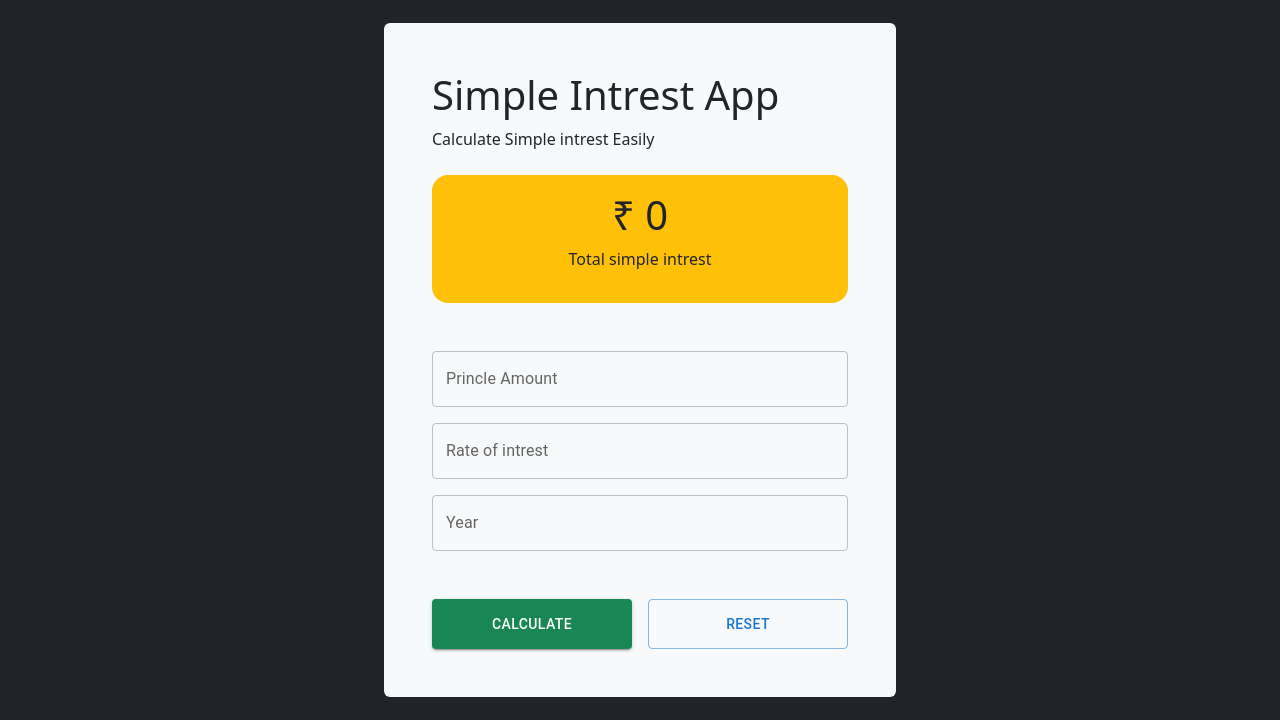
Repository: Afraz13/simple-intrest
Page: /
The author's editor kept a copy of each file at every save. The page is drawn from the files as they stood at one save, then again after the next save.
The browser window is 1280 px wide. The pictures show the whole page.
The project was rebuilt for these pictures with package versions that can differ from the ones it lists, and the page was loaded fresh each time. Also part of the build but not shown: src/index.css, src/App.css.

Above is the page before, as saved 2024-07-16 10:59:03.

After the next save:
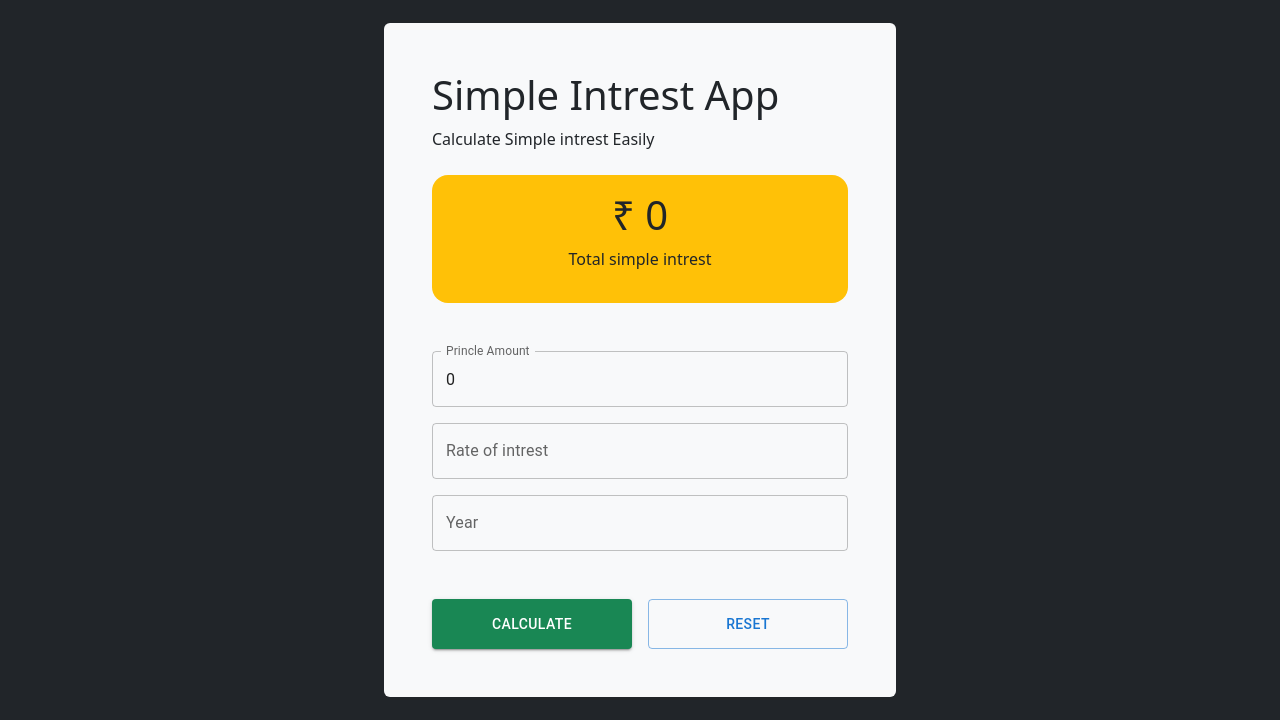
Saved 13 s later.
--- a/src/App.js
+++ b/src/App.js
@@ -25,10 +25,10 @@ function App() {
     </div>
     <form action="" className='mt-5'>
      <div className='mb-3'>
-     <TextField valu className='w-100' id="outlined-basic" label="Princle Amount" variant="outlined" />
+     <TextField value={principle} className='w-100' id="outlined-basic" label="Princle Amount" variant="outlined" />
      </div>
      <div className='mb-3'>
-     <TextField className='w-100' id="outlined-basic" label="Rate of intrest" variant="outlined" />
+     <TextField valu className='w-100' id="outlined-basic" label="Rate of intrest" variant="outlined" />
      </div>
      <div className='mb-3'>
      <TextField className='w-100' id="outlined-basic" label="Year" variant="outlined" />
